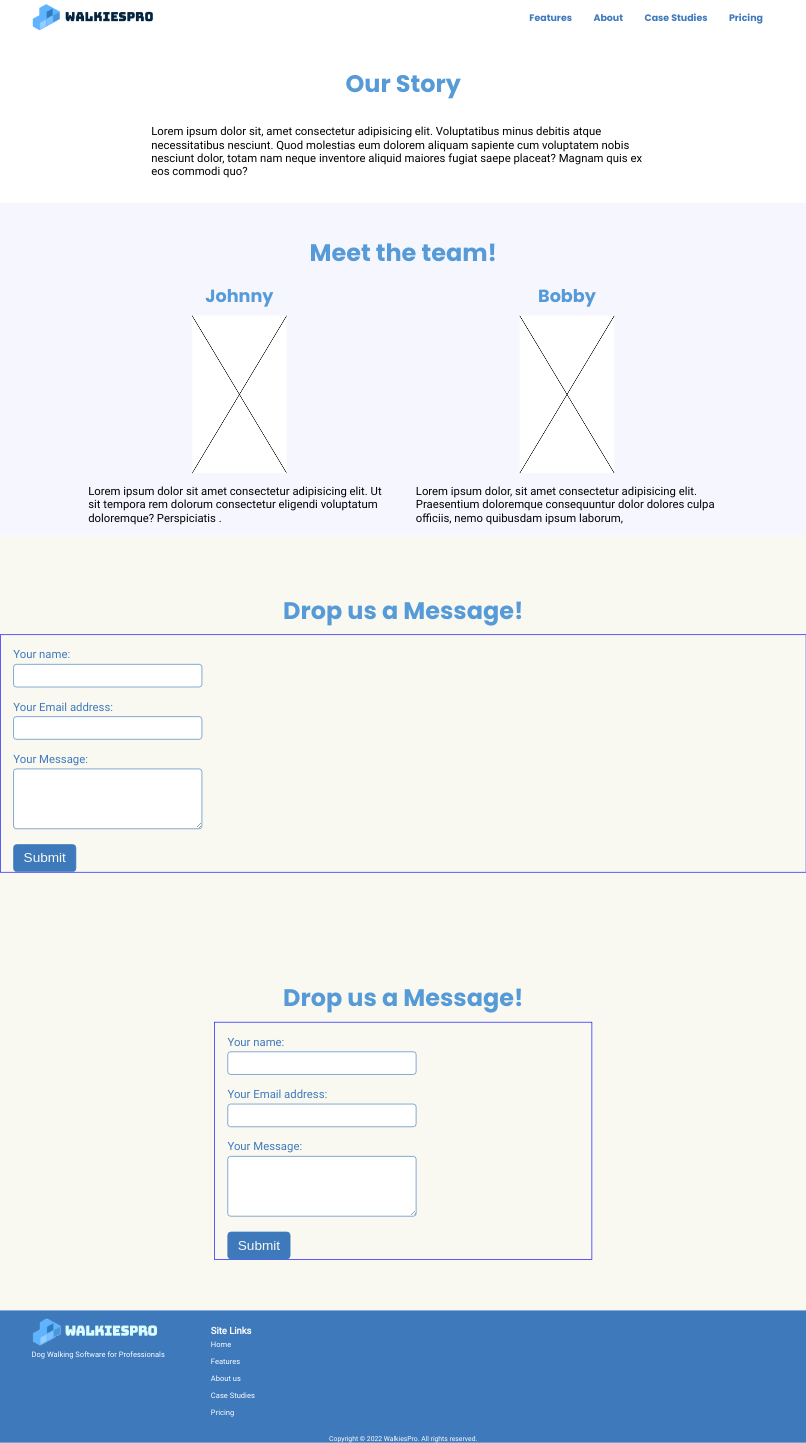
Repository: StevieC87/LAYOUT4
Page: about-us.html
An editor plug-in stored every save of this project. The page is shown before and after the next save, followed by the edit.
The browser window is 1280 px wide. The pictures show the whole page, at 63% of full size.

Above is the page before, as saved 2022-01-04 21:54:19.

### about-us.html
<!DOCTYPE html>
<html lang="en">
  <head>
    <meta charset="UTF-8" />
    <meta http-equiv="X-UA-Compatible" content="IE=edge" />
    <meta name="viewport" content="width=device-width, initial-scale=1.0" />
    <title>WalkiesPro Dog Walking Software</title>
    <link rel="stylesheet" href="css/styles.css" />
    <link rel="stylesheet" href="css/aboutus.css" />
    <link rel="stylesheet" href="css/footer.css" />
    <link rel="stylesheet" href="css/navbar.css" />
    <link rel="stylesheet" href="css/fonts.css" />
    <link rel="stylesheet" href="css/utilities.css" />
    <link rel="stylesheet" href="css/mediaqueries.css" />
    <!-- THIS js file - deferred so loads at the end -->
    <script type="text/javascript" src="js/scripts.js" defer></script>

    <style></style>
  </head>
  <body>


    <div class="containernew">
      <div class="navwrapper">
        <!------------------ NAVBAR --------------------->
        <nav id="navbar" class="paddingspecial">
          <!--  <div class="paddingspecial"> -->
          <div id="logo" class="logodiv">
            <a href="index.html"><img src="images/logo.png" alt="logo" /></a>
          </div>
          <div id="hamburger-menu" class="hamburger-menu">
            <div class="line line-1"></div>
            <div class="line line-2"></div>
            <div class="line line-3"></div>
          </div>
          <div class="navlist">
            <ul tabindex="-1">
              <li><a class="current" href="features.html">Features</a></li>
              <li><a href="about-us.html">About</a></li>
              <li><a href="case-studies.html">Case Studies</a></li>
              <li><a href="pricing.html">Pricing</a></li>
            </ul>
          </div>
          <!-- </div> -->
        </nav>
      </div>
      <!------------------ OUR STORY --------------------->
      <section class="headerwrapper">

          <div class="headertitle">
            <h1>Our Story</h1>
          </div>
          <div class="headertextunder">
              Lorem ipsum dolor sit, amet consectetur adipisicing elit. Voluptatibus minus debitis atque necessitatibus
              nesciunt. Quod molestias eum dolorem aliquam sapiente cum voluptatem nobis nesciunt dolor, totam nam neque
              inventore aliquid maiores fugiat saepe placeat? Magnam quis ex eos commodi quo?
          </div>

      </section>
      <!------------------ MEET THE TEAM --------------------->
      <section class="meettheteamwrapper">
          <div class="meettheteamh2">
              <h2> Meet the team! </h2>
          </div>
          <div class="meetteamprofiles">
            <div class="meettheteamprofile1">
              <h3 class="centertext">Johnny</h3>

                <img src="images/3.png" width="150px" alt="" height="250px"  class="centerimg">

              <p>Lorem ipsum dolor sit amet consectetur adipisicing elit. Ut sit tempora rem dolorum consectetur eligendi voluptatum doloremque? Perspiciatis .</p>
            </div>
            <div class="meettheteamprofile2">
              <h3 class="centertext">Bobby</h3>

                <img class="centerimg" src="images/3.png" width="150px" height="250px" alt="">

              <p>Lorem ipsum dolor, sit amet consectetur adipisicing elit. Praesentium doloremque consequuntur dolor dolores culpa officiis, nemo quibusdam ipsum laborum,</p>
            </div>
        </div>
      </section>
      <!------------------ CONTACT US SECTION --------------------->
     <section class="contactuswrapper">
       <div class="contactusinnerwrapper">
        <h2 class="centertext">Drop us a Message! </h2>
        <form action="">
          <div class="aboutusformgrid2">
              <div class="yournamediv">
                <label for="yourname">Your name:</label>
                <input type="text" name="yourname" id="yourname">
              </div>
              <div class="emaildiv">
                <label for="youremail">Your Email address:</label>
                <input type="email" name="youremail" id="youremail"></div>
              <div class="textareadiv">
                <label for="yourmsg">Your Message:</label>
                <textarea name="yourmsg" id="yourmsg" rows="6"></textarea>
              </div>

              <button class="btn submit">Submit</button>

          </div>
        </form>
       </div>
     </section>
     <!-- ORIGINAL -->
     <section class="contactuswrapper">
      <div class="contactusinnerwrapper">
       <h2 class="centertext">Drop us a Message! </h2>
       <form action="">
         <div class="aboutusformgrid">
             <div class="yournamediv">
               <label for="yourname">Your name:</label>
               <input type="text" name="yourname" id="yourname">
             </div>
             <div class="emaildiv">
               <label for="youremail">Your Email address:</label>
               <input type="email" name="youremail" id="youremail"></div>
             <div class="textareadiv">
               <label for="yourmsg">Your Message:</label>
               <textarea name="yourmsg" id="yourmsg" rows="6"></textarea>
             </div>

             <button class="btn submit">Submit</button>

         </div>
       </form>
      </div>
    </section>
      <!------------------ FOOTER --------------------->
      <footer id="footer">
        <div class="footerwrapper">
          <div class="footergriditem1">
            <img class="bottomlogo" src="images/logoblue.png" alt="logo" />
            <span class="whitetext bottomphrase"
              >Dog Walking Software for Professionals</span
            >
          </div>

          <div class="footergriditem2">
            <div><b class="whitetext footerlinkstitle">Site Links</b></div>
            <ul class="whitetext ulnostyle anostyle" style="font-size: 12px">
              <li><a href="../layout/index.html">Home</a> </li>
              <li><a href="features.html">Features</a> </li>
              <li><a href="about-us.html">About us</a> </li>
              <li><a href="case-studies.html">Case Studies</a></li>
              <li><a href="pricing.html">Pricing</a></li>
            </ul>
          </div>
          <div class="footergriditem3 whitetext smallfont">Copyright © 2022 WalkiesPro. All rights reserved.</div>
        </div>

      </footer>
    </div>
    <!-- end container -->

    <!------------------ SIDE MENU --------------------->
    <div id="menuhidden" class="menuhidden hiddenright">
      <div class="slidemenu">
        <ul tabindex="-1" aria-hidden="true">
          <li><a class="activeSidebarLi" href="index.html">Home</a></li>
          <li><a class="current" href="features.html">Features</a></li>
          <li><a href="about-us.html">About</a></li>
          <li><a href="case-studies.html">Case Studies</a></li>
          <li><a href="pricing.html">Pricing</a></li>
          <!--    <hr /> -->
        </ul>
      </div>
    </div>
  </body>
</html>

### css/styles.css
:root {
  /*  --myblue: #5da3df; */
  --myblue: #3e79bc;
  --myblueh1: #569ad7;
}

html,
body {
  box-sizing: border-box;
  font-size: 18px;
  font-family: Roboto;
  /*  line-height: 1rem; */
  margin: auto;
}
*,
*:before,
*:after {
  box-sizing: inherit;
}

h1,
h2,
h3,
h4,
h5,
h6 {
  font-family: PoppinsBold;
  color: var(--myblueh1);
  /* #5da3df */
  padding: 10px 0 10px 0;
  margin: 0px;
}
h1 {
  font-size: 38px;
  line-height: 2.8rem;
}
h2 {
  font-size: 38px;
}
h3 {
  font-size: 28px;
}
h4 {
  font-size: 26px;
}
h5 {
  font-size: 20px;
}
h6 {
  font-size: 18px;
}

.containernew {
  width: 100%;
}

### css/aboutus.css
/* * * * * * * * * * * * * * * * * * * * * * * * * * * * * * * * * * * * * * * *
ABOUT US
* * * * * * * * * * * * * * * * * * * * * * * * * * * * * * * * * * * * * * * */
.headerwrapper {
  width: 100%;
  display: grid;
  padding: 40px 0 40px 0;
}
.headertitle {
  grid-template-columns: 1fr;
  align-self: center;
  justify-self: center;
}

.headertextunder {
  /* max-width: 80%;  */
  max-width: 800px;
  grid-template-columns: 1fr;
  align-self: center;
  justify-self: center;
  font-size: 1rem;
  padding-top: 30px;
}
.meettheteamwrapper {
  width: 100%;
  display: grid;
  justify-content: center;
  background-color: #f6f7fe;
}
.meettheteamh2 {
  padding-top: 40px;
  text-align: center;
  /*  color: purple; */
  color: var(--myblueh1);
  /* color: #7f55ff; */
  width: 100%;
}
.meettheteamh2 > h2 {
  color: inherit;
}
.meetteamprofiles {
  max-width: 1000px;
  justify-content: center;
  display: grid;
  grid-template-columns: 1fr;
  grid-gap: 40px;
}
.contactuswrapper {
  padding: 80px 0 80px 0;
  background-color: #f9f9f2;
}
.contactusinnerwrapper {
}

.aboutusformgrid {
  max-width: 600px;
  margin: 0 auto;
  padding: 0 20px 0px 20px;
  border: 1px solid blue;
}
.aboutusformgrid2 {
  margin: 0 auto;
  padding: 0 20px 0px 20px;
  border: 1px solid blue;
}
.textareadiv {
}
textarea {
  width: 100%;
  max-width: 300px;
  border-radius: 5px;
  border: 1px solid var(--myblue);
}
input,
label {
  display: block;
  width: 100%;
  max-width: 300px;
}
input {
  border-radius: 5px;
  border: 1px solid var(--myblue);
  padding: 10px;
}
label {
  padding-bottom: 5px;
  padding-top: 20px;
  color: var(--myblue);
}
@media (min-width: 336px) {
  .meetteamprofiles {
    grid-template-columns: 1fr 1fr;
  }
  .meettheteamprofile1 {
    justify-self: center;
    align-self: center;
  }
  .meettheteamprofile2 {
  }
  .aboutusformgrid2 {
    grid-template-columns: 1fr 1fr;
  }
}

### css/footer.css
/* * * * * * * * * * * * * * * * * * * * * * * * * * * * * * * * * * * * * * * *
                    FOOTER
* * * * * * * * * * * * * * * * * * * * * * * * * * * * * * * * * * * * * * * */

footer {
  background-color: var(--myblue);
  width: 100%;
  display: flex;
  justify-content: center;
  padding-top: 10px;
}
/* DEFAULT FOR SMALL SCREEN - MOBILE FIRST */
.footerwrapper {
  /* this is the inner div that serves as a grid with equal columns as container */
  width: 1200px;
  display: grid;
  grid-template-columns: 1fr;
  grid-gap: 0.2rem;
}
/* DEFAULT FOR SMALL SCREEN - MOBILE FIRST */
.footergriditem1 {
  grid-row: 1 / 2;
  /* grid-column: 1 / 2; */
  grid-column: 1 / -1;
}
/* DEFAULT FOR SMALL SCREEN - MOBILE FIRST */
.footergriditem2 {
  /* grid-column: 2 / 3; */
  grid-column: 1 / -1;
  grid-row: 3 / 4;
  padding-left: 10px;
  justify-self: start;
  padding-top: 10px;
  padding-bottom: 10px;

  /*  justify-self: self-end; */
  /* padding: 20px 0 0 40px; */
}
.footergriditem2:first-child {
  margin: 10px 0 10px 0;
}
.footergriditem3 {
  grid-row: 4 / 5;
  grid-column: 1 / -1;
  justify-self: center;
  align-self: center;
}
.bottomlogo {
  padding: 0px 0 0px 10px;
}
.bottomphrase {
  padding-left: 10px;
  display: block;
  text-align: left;
  font-size: 12px;
}
.footerlinkstitle {
  font-size: 15px;
}

@media (min-width: 336px) {
}
@media (min-width: 450px) {
  .footerwrapper {
    grid-template-columns: 226px 200px 1fr 0.2fr 0.2fr 0.2fr;
  }
  .footergriditem1 {
    grid-row: 1 / 2;
    grid-column: 1 / 2;
  }
  .footergriditem2 {
    grid-row: 1 / 2;
    grid-column: 2 / 3;
    padding-left: 0px;
    justify-self: center;
    padding-top: 10px;
    padding-bottom: 10px;
  }
}

### css/navbar.css
/* * * * * * * * * * * * * * * * * * * * * * * * * * * * * * * * * * * * * * * *
                          NAVBAR
* * * * * * * * * * * * * * * * * * * * * * * * * * * * * * * * * * * * * * * */
.navwrapper {
  display: flex;
  justify-content: center;
}
nav {
  background-color: white;
  width: 1200px;
  display: flex;
  justify-content: space-between;
}

.logodiv {
  padding-top: 5px;
  padding-left: 10px;
}
#navbar ul {
  list-style: none;
  margin-right: 15px;
  /*   float: right; */
}

#navbar ul li {
  float: left;
}

#navbar ul li a {
  display: block;
  margin: 0 14px 0 20px;
  /* padding: 0 20px 0 10px; */
  text-align: center;
  text-decoration: none;
  color: var(--myblue);
  /*  color: black; */
  font-family: 'PoppinsBold';
  font-size: 15px;
  /*  border-bottom: 1px solid transparent; */

  line-height: 21px;
}
#navbar ul li a:hover {
  /*  text-decoration: underline; */
  /*  border-bottom: 1px solid var(--myblue); */
  color: #9370db;
}

/* * * * * * * * * * * * * * * * * * * * * * * * * * * * * * * * * * * * * * * *
HAMBURGER MENU
* * * * * * * * * * * * * * * * * * * * * * * * * * * * * * * * * * * * * * * */

.hamburger-menu {
  width: 30px;
  height: 30px;
  padding-top: 7px;
  position: absolute;
  top: 7px;
  right: 10px;
  display: flex;
  flex-direction: column;
  justify-content: space-between;
  cursor: pointer;
  z-index: 100;
}

.line {
  width: inherit;
  height: 3px;
  background-color: var(--myblue);
  border-radius: 2px;
  transition-property: transform;
  transition-duration: 500ms;

  /*   transform-origin: right;
  transition: transform 0.5s; */
}

.line.openline:nth-child(1) {
  transform: translate(0px, 10px) rotate(45deg);
  /*  transform-origin: top; */
}
.line.openline:nth-child(2) {
  opacity: 0;
}
.line.openline:nth-child(3) {
  transform: translate(0px, -10px) rotate(-45deg);

  /*   transform-origin: top; */
}

.menuhidden {
  height: 100vh;
  width: 200px;
  background-color: white;
  position: fixed;
  top: 0;
  right: -200px;
  transition: ease 0.2s;
}

.visibleright {
  right: 0px;
  /*   transition: ease 4s; */
}
/* --------- SLIDEMENU ---------- */
.slidemenu ul {
  list-style: none;
  padding-top: 45px;
  padding-left: 0px;
  width: 100%;
  /*   float: right; */
}
.slidemenu ul li {
}
.slidemenu ul li a {
  display: block;
  padding: 10px 5px 10px 5px;
  margin: 0px 5px 0px 5px;
  text-align: center;
  text-decoration: none;
  line-height: 1.5rem;
  color: var(--myblue);
}
.slidemenu ul li a:hover {
  background-color: #fbfbfa;
  border-radius: 15px;
  /* opacity: 0.5; */
}
.activeSidebarLi {
  background-color: #fbfbfa;
  border-radius: 15px;
}
/* END SLIDEMENU */

### css/fonts.css
/* * * * * * * * * * * * * * * * * * * * * * * * * * * * * * * * * * * * * * * *
        FONT FAMILIESS
* * * * * * * * * * * * * * * * * * * * * * * * * * * * * * * * * * * * * * * */
@font-face {
  font-family: 'Bungee';
  src: url('../fonts/Bungee-Regular.ttf');
  src: local('☺'), url('../fonts/Bungee-Regular.ttf') format('truetype');
  font-display: block;
}
@font-face {
  font-family: 'Roboto';
  src: url('../fonts/Roboto-Regular.ttf');
  src: local('☺'), url('../fonts/Roboto-Regular.ttf') format('truetype');
  font-display: block;
}
@font-face {
  font-family: 'Roboto-Bold';
  src: url('../fonts/Roboto-Bold.ttf');
  src: local('☺'), url('../fonts/Roboto-Bold.ttf') format('truetype');
  font-display: block;
}
@font-face {
  font-family: 'Ubuntu';
  src: url('../fonts/Ubuntu-Regular.ttf');
  src: local('☺'), url('../fonts/Ubuntu-Regular.ttf') format('truetype');
  font-display: block;
}
@font-face {
  font-family: 'UbuntuBold';
  src: url('../fonts/Ubuntu-Bold.ttf');
  src: local('☺'), url('../fonts/Ubuntu-Bold.ttf') format('truetype');
  font-display: block;
}
@font-face {
  font-family: 'Poppins';
  src: url('../fonts/Poppins-Regular.ttf');
  src: local('☺'), url('../fonts/Poppins-Regular.ttf') format('truetype');
  font-display: block;
}
@font-face {
  font-family: 'PoppinsBold';
  src: url('../fonts/Poppins-Bold.ttf');
  src: local('☺'), url('../fonts/Poppins-Bold.ttf') format('truetype');
  font-display: block;
}
@font-face {
  font-family: 'PoppinsLight';
  src: url('../fonts/Poppins-Light.ttf');
  src: local('☺'), url('../fonts/Poppins-Light.ttf') format('truetype');
  font-display: block;
}
@font-face {
  font-family: 'FontAwesome';
  src: url('../fonts/fa-solid-900.ttf');
  src: local('☺'), url('../fonts/fa-solid-900.ttf') format('truetype');
  font-display: block;
}
.bungee {
  font-family: Bungee;
}
.ubuntu {
  font-family: Ubuntu;
}
.ubuntuBold {
  font-family: UbuntuBold;
}
.poppins {
  font-family: Poppins;
}
.poppinslight {
  font-family: PoppinsLight;
}
.poppinsbold {
  font-family: PoppinsBold;
}

### css/utilities.css
.btn {
  cursor: pointer;
  transition-property: background-color, color, border;
  transition-duration: 200ms;
  transition-timing-function: ease-in;
}

.btnoutline {
  background-color: transparent;
  border: 1px solid var(--myblue);
  border-radius: 5px;
  color: var(--myblue);
  padding: 10px;
  font-size: 0.8rem;
  /*  font-weight: bold */
  font-family: PoppinsBold;
}
.allfeaturesbtn {
  padding: 15px 20px 15px 20px;
  border-radius: 10px;
  border: 1px solid var(--myblue);
  /*   background-color: var(--myblue); */
  background-color: WHITE;
  /* color: white; */
  color: var(--myblue);
  font-weight: bold;
  font-size: 1.2rem;
}
.allfeaturesbtn:hover {
  background-color: var(--myblue);
  color: white;
}
.submit {
  margin-top: 20px;
  padding: 8px 6px 8px 6px;
  border-radius: 6px;
  width: 100px;
  background-color: var(--myblue);
  border: 1px solid var(--myblue);
  color: #f9f9f2;
  font-size: 1.2rem;
  /*  font-weight: bold; */
}

/* * * * * * * * * * * * * * * * * * * * * * * * * * * * * * * * * * * * * * * *
UTILITY CLASSES
* * * * * * * * * * * * * * * * * * * * * * * * * * * * * * * * * * * * * * * */

.centertext {
  text-align: center;
}
.centerimg {
  display: block;
  margin-left: auto;
  margin-right: auto;
  /*   width: 50%; */
}
.centerhorizvert {
  align-self: center;
  justify-self: center;
}
/* visible/invis from screen readers & visually */
.invisible {
  visibility: hidden;
}
.visible {
  visibility: visible;
}
.whitetext {
  color: white;
}
.smallfont {
  font-size: 0.6rem;
}
.mediumfont {
  font-size: 0.8rem;
}
.ulnostyle {
  list-style: none;
  line-height: 1.5rem;
  padding: 0;
  margin: 0;
}
.anostyle > li a {
  text-decoration: none;
  color: white;
}

### css/mediaqueries.css
/* to switch to hamburger menu */
@media (min-width: 677px) {
  .hamburger-menu {
    visibility: hidden;
  }
  .section2divrow {
    grid-template-columns: 1fr 1fr;
  }
  .section1innerwrapper {
    grid-template-columns: 2fr 1fr;
  }
}
@media (max-width: 676px) {
  /* HIDE NAV LI WHEN SMALL SCREEN */
  nav {
    width: 1200px;
  }

  .navlist {
    visibility: hidden;
    display: none;
  }
  .hamburger-menu {
    visibility: visible;
  }

  /* ADVANCED SCHEDULING DIV - flip order: image last */
  .section2imgleft1 {
    grid-row: 2;
  }
  .section2textright1 {
    grid-row: 1;
  }
  /* FINANCIAL MANAGEMENT DIV - flip order: image last */
  .section2imgleft3 {
    grid-row: 2;
  }
  .section2textleft3 {
    grid-row: 1;
  }
}

### js/scripts.js
const hamburgerbutton = document.querySelector('#hamburger-menu');
hamburgerbutton.addEventListener('click', function () {
  //  vis();
  slide();
  transformlines();
});

function slide() {
  const slideme = document.querySelector('#menuhidden');
  const slidemeclasses = slideme.classList;
  //  slideme.classList.replace('hiddenright', 'visibleright');
  const slidemeclassestoggle = slidemeclasses.toggle('visibleright');
}

function transformlines() {
  //for each line add a class ideally
  document.querySelectorAll('.line').forEach((item) =>
    //item.style.backgroundColor = "pink"
    item.classList.toggle('openline')
  );
}

After the next save:
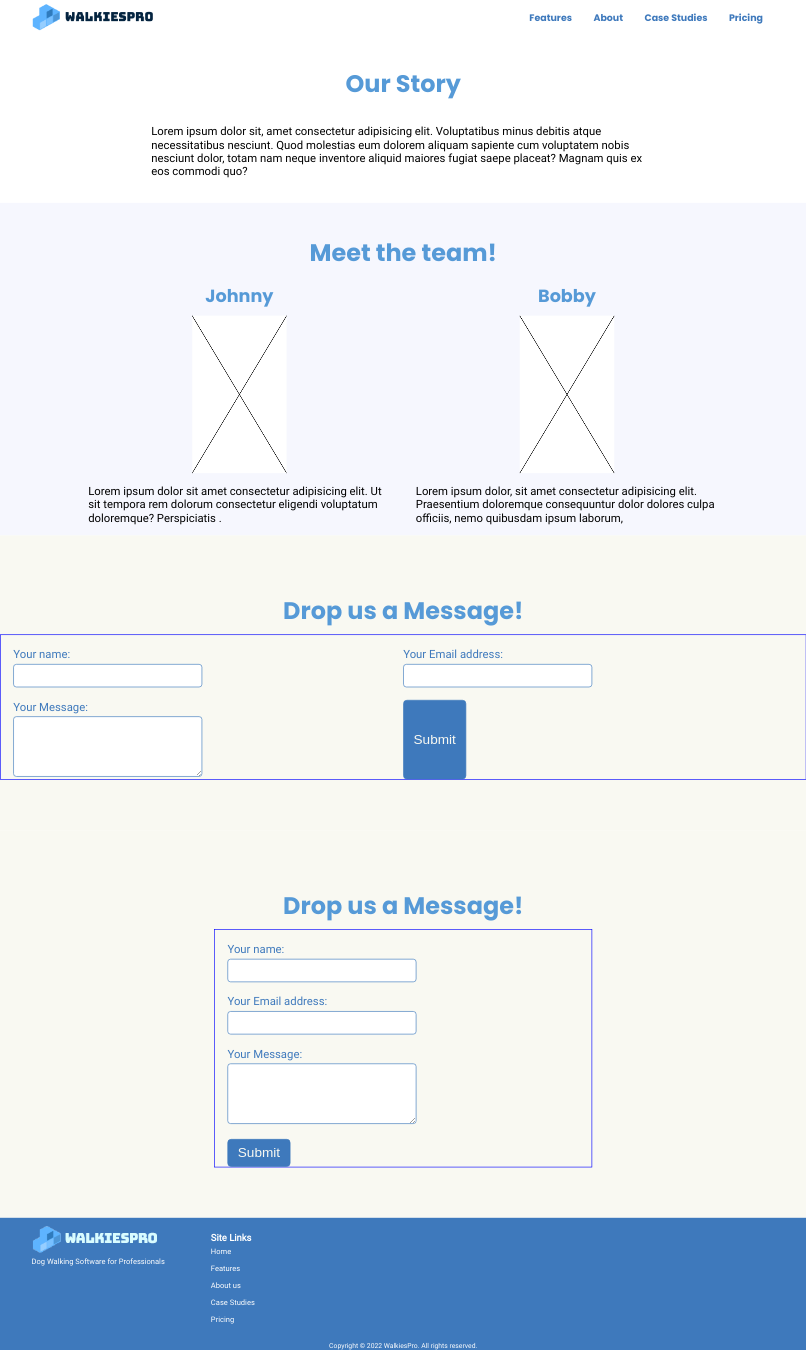
Saved 29 s later.
--- a/css/aboutus.css
+++ b/css/aboutus.css
@@ -62,6 +62,8 @@ ABOUT US
   margin: 0 auto;
   padding: 0 20px 0px 20px;
   border: 1px solid blue;
+  display: grid;
+  grid-template-columns: 1fr;
 }
 .textareadiv {
 }
